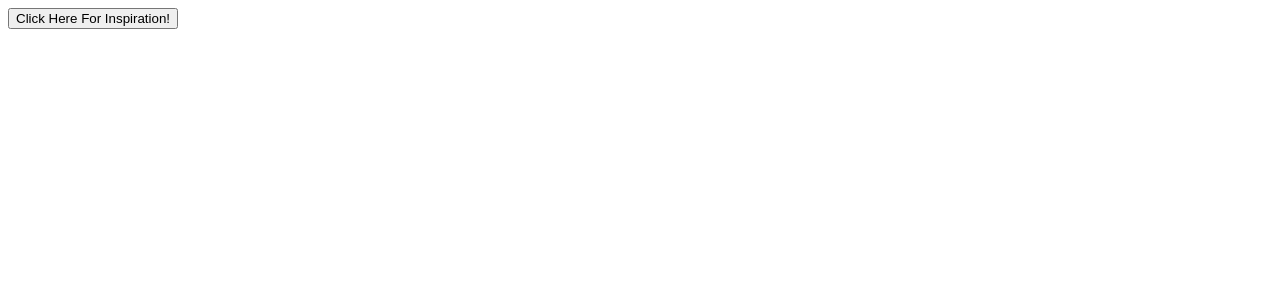
Repository: Hogwartsalumni/Inspire
Page: main.html
The author's editor kept a record of every edit. The page is drawn from the files as they stood at one moment, then again after the next edit.
The browser window is 1280 px wide. The pictures show the whole page.

Above is the page before.

### main.html
<!DOCTYPE html>
<html>
  <head>
    <meta charset="UTF-8">
    <link rel="icon" href="rainbow.png" type="image/x-icon"></a>
    <link rel="stylesheet" href="main.css" type="text/css">
    <link href="https://fonts.googleapis.com/css2?family=Nunito&family=Quicksand&display=swap" rel="stylesheet">
    <title>Inspire</title>
  </head>
  <body>
    <!-- <button onClick="displayImage()">Click Here For Inspiration!!</button> -->
    <input type="button" onClick="displayImage()" value="Click Here For Inspiration!">
    <br>
    <img src="img/blank.png" name="canvas"/>
    <script src="main.js"></script>
  </body>
</html>

### main.css
button {
    color: #36449C;
    text-align: center;
    font-family: Nunito;
    font-size: 60px;
    border: none;
    width: 55%;
    text-decoration: none;
    display: inline-block;
    margin: 10px 20%;
    cursor: pointer;
    border-radius: 8px;
}

img {
  width: 450px;
  height: 450px;
}

### main.js
var imagesArray = new Array('img/you-rock.jpg', 'img/you-amazing.png', 'img/stay-home-strong.jpg', 'img/in-this-together.png');

function displayImage() {
    var num = Math.floor(Math.random() * imagesArray.length);
    document.canvas.src = imagesArray[num];
}

After the next edit:
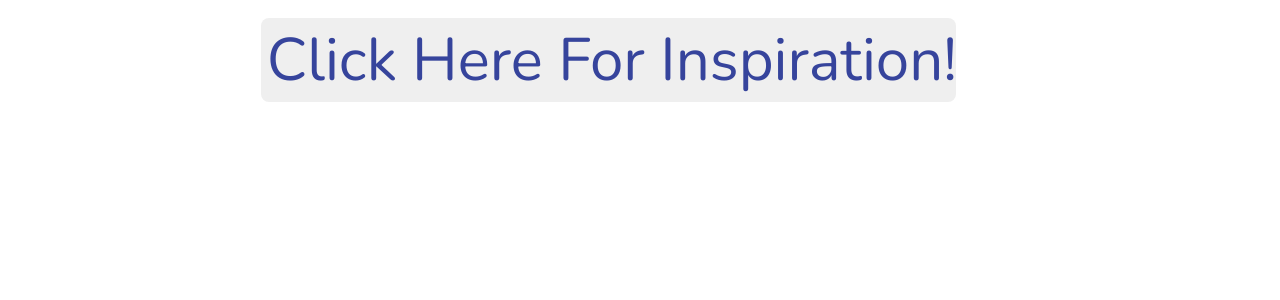
The edit:
--- a/main.css
+++ b/main.css
@@ -1,4 +1,4 @@
-button {
+input {
     color: #36449C;
     text-align: center;
     font-family: Nunito;
